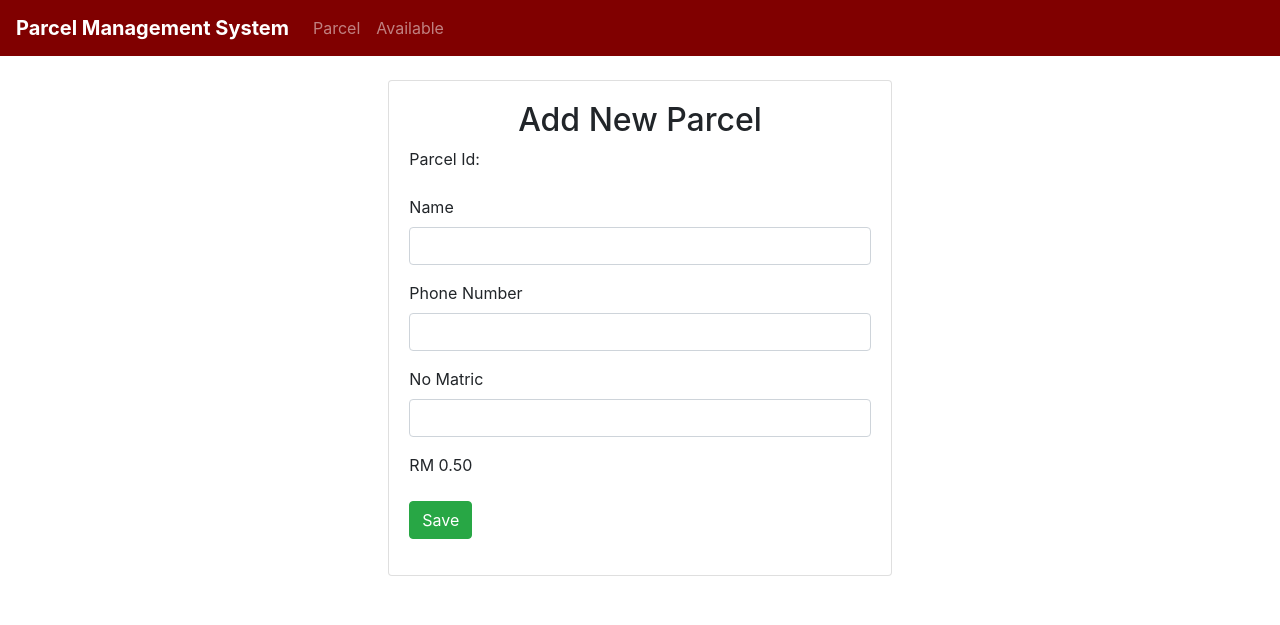
Repository: fikriupm/ParcelManagement_CBSEProject
Page: http://localhost/ParcelManagementSystem/checkout-form.jsp
An editor plug-in stored every save of this project. The page is shown before and after the next save, followed by the edit.
The browser window is 1280 px wide. The pictures show the whole page.
The page is served by Tomcat 9. Other server files are loaded and not shown. The template is opened directly, without the code that normally fills it, so the values that code supplies are empty.

Above is the page before, as saved 2023-06-21 09:55:40.

### ParcelManagementSystem/src/main/webapp/checkout-form.jsp
<%@ page language="java" contentType="text/html; charset=UTF-8"
	pageEncoding="UTF-8"%>
<%@ taglib uri="http://java.sun.com/jsp/jstl/core" prefix="c"%>
<html>
<head>
<title>Parcel Management System</title>
<link rel="stylesheet"
	href="https://stackpath.bootstrapcdn.com/bootstrap/4.3.1/css/bootstrap.min.css"
	integrity="sha384-ggOyR0iXCbMQv3Xipma34MD+dH/1fQ784/j6cY/iJTQUOhcWr7x9JvoRxT2MZw1T"
	crossorigin="anonymous">
<style>
.navbar {
	background-color: #343a40;
	transition: background-color 0.3s ease;
}

.navbar:hover {
	background-color: #800000;
}

.navbar-brand {
	font-weight: bold;
	color: #fff;
	transition: color 0.3s ease;
}

.navbar-brand:hover {
	color: #ffc107;
}

.navbar-nav .nav-link {
	color: #fff;
	transition: color 0.3s ease;
}

.navbar-nav .nav-link:hover {
	color: #ffc107;
}

.navbar-toggler-icon {
	background-color: #fff;
	transition: background-color 0.3s ease;
}

.navbar-toggler:hover .navbar-toggler-icon {
	background-color: #ffc107;
}

.bg-custom {
	background-color: #B22222; /* Replace with your custom color */
}
.custom-card {
	background-color: #FFFFF0;
	border: 2px solid #ccc;
	border-radius: 10px;
	padding: 20px;
	box-shadow: 0 2px 4px rgba(0, 0, 0, 0.8);
}

.custom-button {
	background-color: #B22222; /* Replace with your desired color */
	color: #FFFFFF; /* Replace with your desired text color */
	/* Add any additional styling properties as needed */
}
</style>
</head>
<body>

	<header>
		<nav class="navbar navbar-expand-sm bg-custom navbar-dark sticky-top">
			<div>
				<a href="dashboard.jsp" class="navbar-brand"> Parcel Management
					System </a>
			</div>

			<ul class="navbar-nav">
				<li><a href="<%=request.getContextPath()%>/list"
					class="nav-link">Parcel</a></li>
			</ul>
			<ul class="navbar-nav">
				<li><a href="<%=request.getContextPath()%>/available"
					class="nav-link">Available</a></li>
			</ul>
		</nav>
	</header>
	<br>
	<div class="container col-md-5">
		<div class="card">
			<div class="card-body">
				<c:if test="${parcel != null}">
					<form action="update" method="post">
				</c:if>
				<c:if test="${parcel == null}">
					<form action="insert" method="post">
				</c:if>

				<caption>
					<h2 class="text-center">
						<c:if test="${parcel != null}">
            			Parcel Details
            		</c:if>
						<c:if test="${parcel == null}">
            			Add New Parcel
            		</c:if>
					</h2>
				</caption>

				<c:if test="${parcel != null}">
					<input type="hidden" name="id"
						value="<c:out value='${parcel.id}' />" />
				</c:if>

				<fieldset class="form-group">
					<label>Parcel Id: ${parcel.id}</label>
				</fieldset>

				<fieldset class="form-group">
					<label>Name</label> <input type="text"
						value="<c:out value='${parcel.name}' />" class="form-control"
						name="name" required="required">
				</fieldset>

				<fieldset class="form-group">
					<label>Phone Number</label> <input type="text"
						value="<c:out value='${parcel.noPhone}' />" class="form-control"
						name="noPhone">
				</fieldset>

				<fieldset class="form-group">
					<label>No Matric</label> <input type="text"
						value="<c:out value='${parcel.noMatric}' />" class="form-control"
						name="noMatric">
				</fieldset>
				<fieldset class="form-group">
					<label>RM 0.50 </label>
				</fieldset>

				<button type="submit" class="btn btn-success">Save</button>
				</form>
			</div>
		</div>
	</div>
</body>
</html>

After the next save:
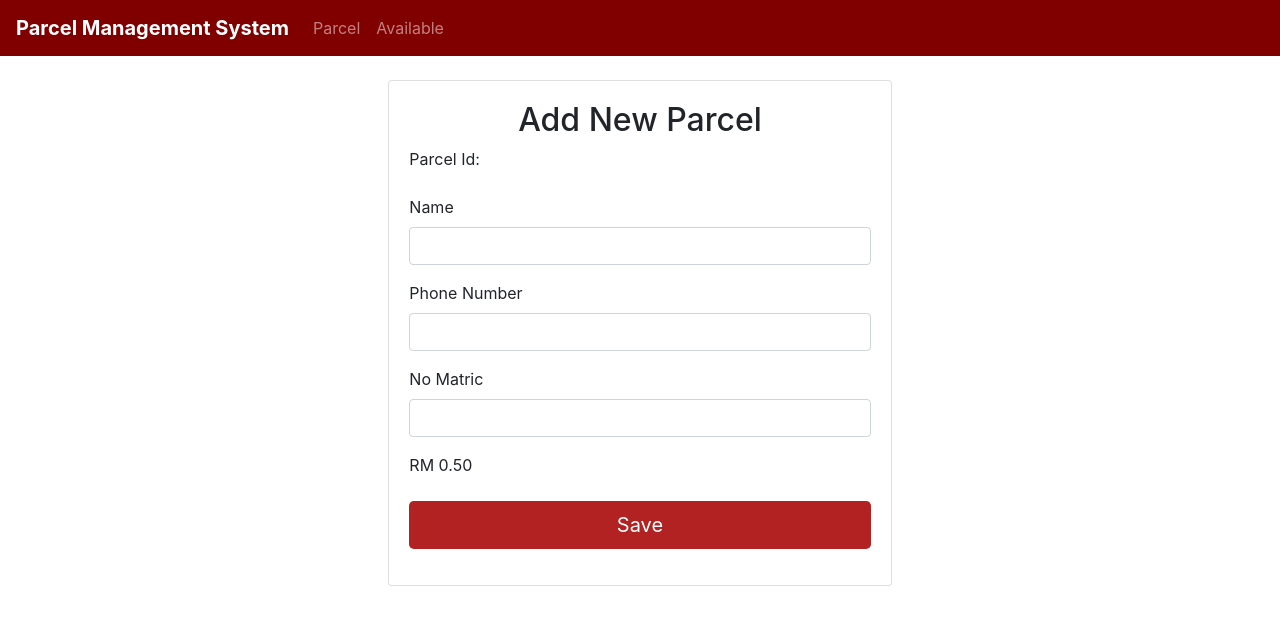
Saved 12 s later.
--- a/ParcelManagementSystem/src/main/webapp/checkout-form.jsp
+++ b/ParcelManagementSystem/src/main/webapp/checkout-form.jsp
@@ -135,7 +135,7 @@
 					<label>RM 0.50 </label>
 				</fieldset>
 
-				<button type="submit" class="btn btn-success">Save</button>
+				<button type="submit" class="btn btn-block btn-lg custom-button">Save</button>
 				</form>
 			</div>
 		</div>
